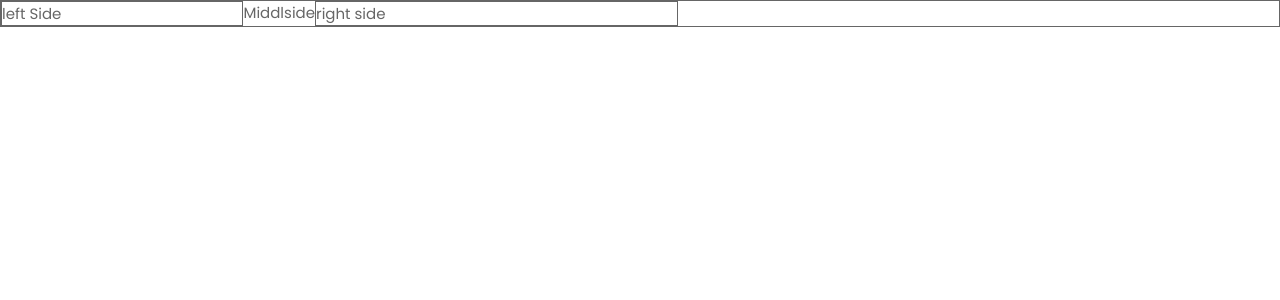
Repository: phantinhtam/IT_Moments
Page: / (app in client/)
These files come from the project's save history. The page is drawn as it stood at one moment and after a run of saves; the edit follows.
The browser window is 1280 px wide. The pictures show the whole page.
The project was rebuilt for these pictures with package versions that can differ from the ones it lists, and the page was loaded fresh each time. Also part of the build but not shown: client/src/slide.css, client/src/comporments/Header.jsx, client/src/comporments/Footer.jsx, client/src/comporments/Layout.jsx, client/src/pages/ErrorPage.jsx, client/src/comporments/PostAuthor.jsx, client/src/comporments/PostItem.jsx, client/src/data.js and 7 more.

Above is the page before, as saved 2024-08-24 10:36:35.

After the next 6 saves:
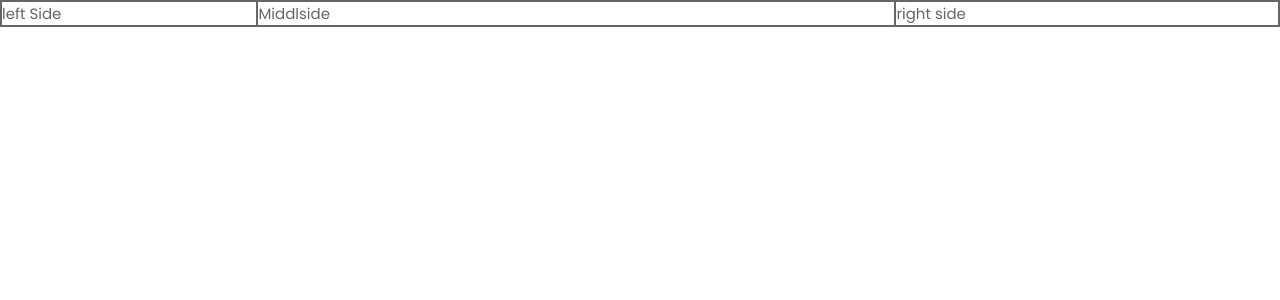
The 6 saves are shown as one change because they came seconds apart.
The last was saved 99 s later.
--- a/client/src/IG/App.css
+++ b/client/src/IG/App.css
@@ -10,7 +10,8 @@
     border: 1px solid;
 }
 .middlSide{
-
+    flex: 0.5;
+    border: 1px solid;
 }
 .rightSide{
     border: 1px solid;
